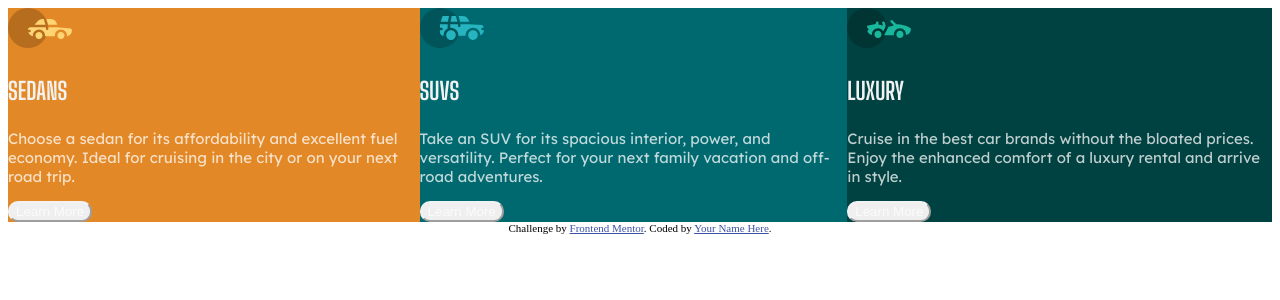
Repository: viniciussnt/3-column-preview-card
Page: index.html
These files come from the project's save history. The page is drawn as it stood at one moment and after a run of saves; the edit follows.
The browser window is 1280 px wide. The pictures show the whole page.

Above is the page before, as saved 2023-09-15 11:07:27.

After the next 6 saves:
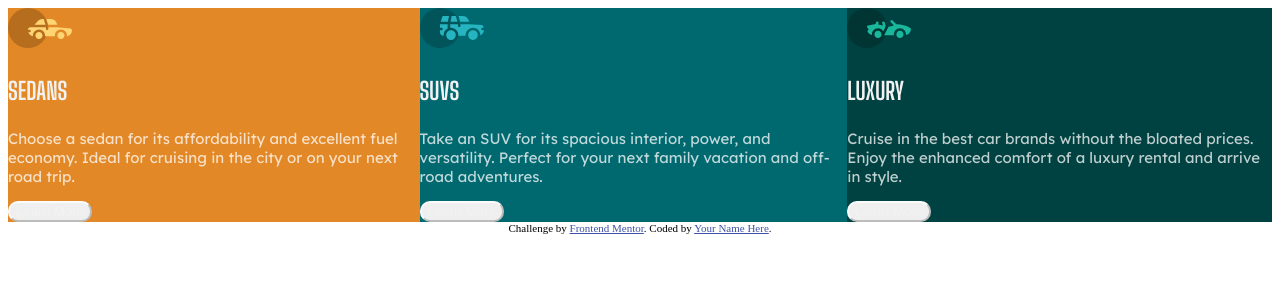
The 6 saves are shown as one change because they came seconds apart.
The last was saved 24 s later.
--- a/styles/style.css
+++ b/styles/style.css
@@ -46,7 +46,7 @@
 }
 
 button {
-    border-color: var(--color-secondary);
-    color: var(--color-primary);
+    border-color: var(--color-primary);
+    color: var(--color-secondary);
     border-radius: 10px;
 }
